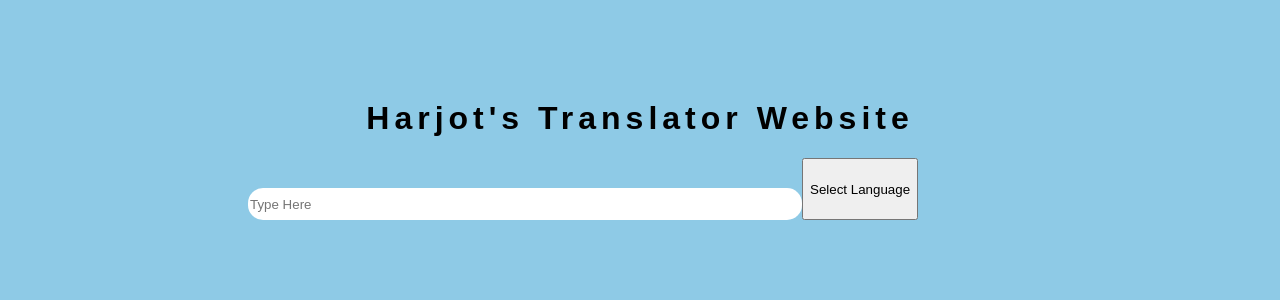
Repository: Harjot00/Pythonpractice
Page: Translator/homepage.html
These files come from the project's save history. The page is drawn as it stood at one moment and after the next save; the edit follows.
The browser window is 1280 px wide. The pictures show the whole page.
Some web fonts or font styles are not loaded; a fallback is used.

Above is the page before, as saved 2022-03-06 18:23:59.

### Translator/homepage.html
<!DOCTYPE html>
<html lang="en">
<head>
    <meta charset="UTF-8">
    <meta http-equiv="X-UA-Compatible" content="IE=edge">
    <meta name="viewport" content="width=device-width, initial-scale=1.0">
    <title>Harjot's Translator</title>
    <link rel="stylesheet" href="styles.css">
    <link href="http://fonts.cdnfonts.com/css/mrs-sheppards" rel="stylesheet">
    <link href='https://fonts.googleapis.com/css?family=Open Sans' rel='stylesheet'>

</head>
<body>
    <h1 style = "font-family: 'Mrs Sheppards', sans-serif;letter-spacing: 5px;">Harjot's Translator Website</h1>
    <div style = "display: flex;">
        <input type="text" id="entry" placeholder="Type Here"></input>
        <button id="" > Select Language</button>
    </div>
</body>
</html>

### Translator/styles.css
body{
    background-color: #8ECAE6;
    font-family: open sans;
}
h1{
    margin-top: 100px;
    text-align: center;
}
#entry{
    width: 550px;
    height: 30px;
    margin: 30px 0px 0px 240px;
    border: none;
    border-radius:15px;

}

After the next save:
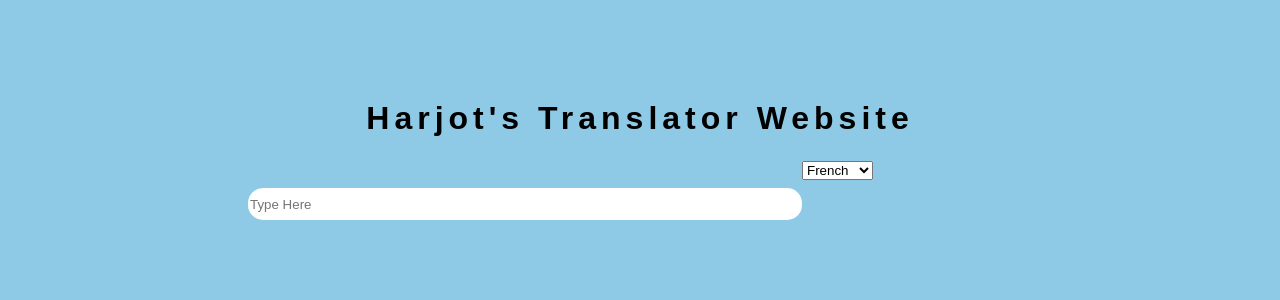
Saved 10 min 24 s later.
--- a/Translator/homepage.html
+++ b/Translator/homepage.html
@@ -14,7 +14,15 @@
     <h1 style = "font-family: 'Mrs Sheppards', sans-serif;letter-spacing: 5px;">Harjot's Translator Website</h1>
     <div style = "display: flex;">
         <input type="text" id="entry" placeholder="Type Here"></input>
-        <button id="" > Select Language</button>
+        <form>
+            <select id="">
+                <option value="volvo">French</option>
+                <option value="saab">Italian</option>
+                <option value="opel">German</option>
+                <option value="audi">Chinese</option>
+            </select>
+        </form>
+
     </div>
 </body>
 </html>
